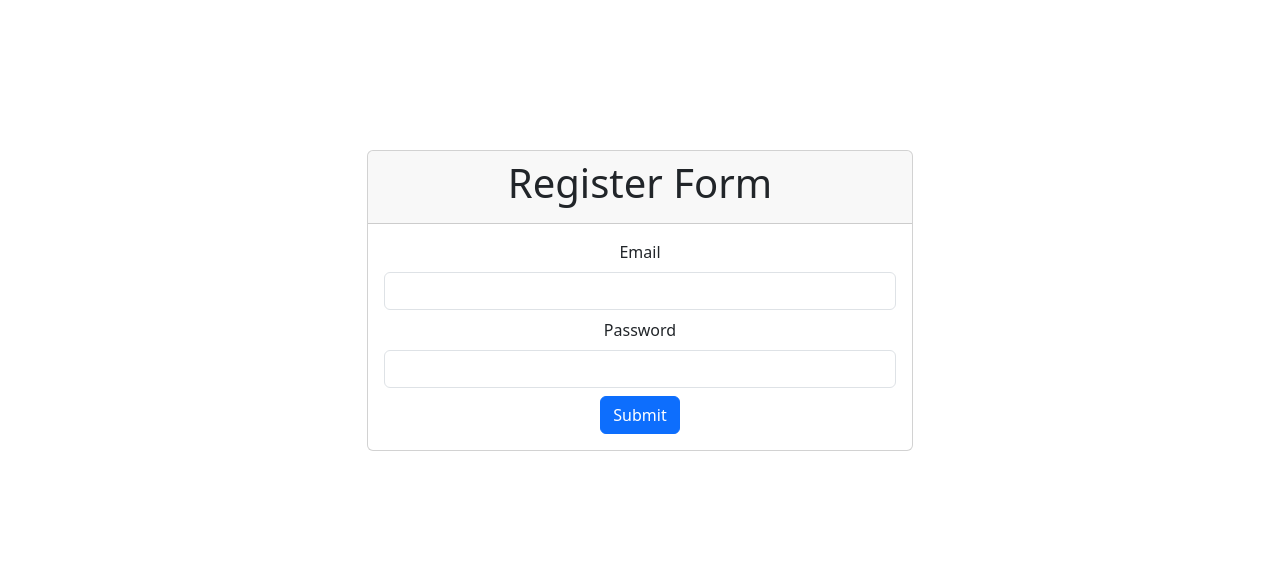
Repository: Laxman-Nath/java-internship
Page: http://localhost/Demo/Register.jsp
These files come from the project's save history. The page is drawn as it stood at one moment and after the next save; the edit follows.
The browser window is 1280 px wide. The pictures show the whole page.
The page is served by Tomcat 9.

Above is the page before, as saved 2024-09-01 10:23:40.

After the next save:
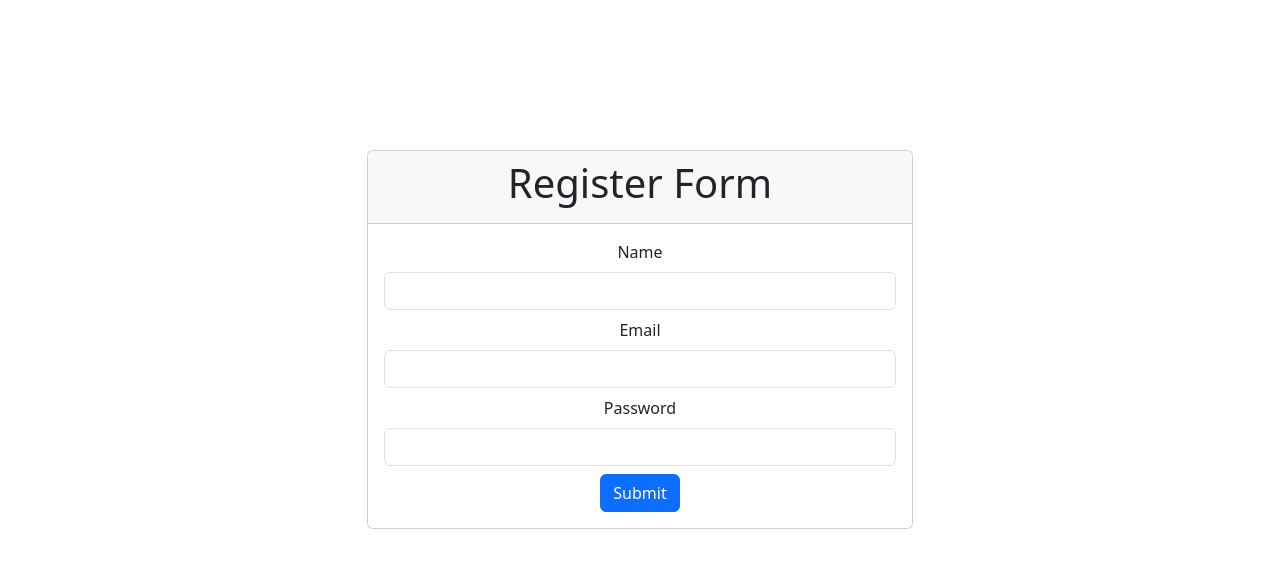
Saved 32 s later.
--- a/Servlet_JSP/Demo/src/main/webapp/Register.jsp
+++ b/Servlet_JSP/Demo/src/main/webapp/Register.jsp
@@ -21,6 +21,10 @@
 					</div>
 					<div class="card-body" class="">
 						<form action="" method="" class="text-center">
+						<div class="mb-2">
+								<label class="form-label">Name</label> <input type="text"
+									required class="form-control">
+							</div>
 							<div class="mb-2">
 								<label class="form-label">Email</label> <input type="email"
 									required class="form-control">
